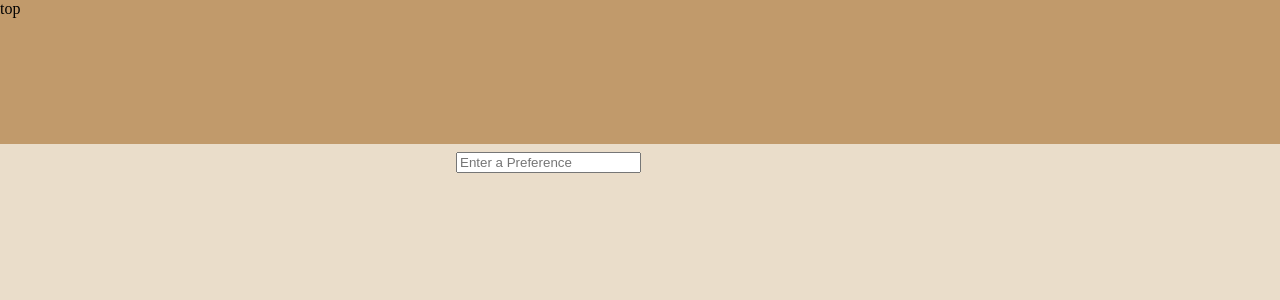
Repository: joshliu14/Travel-Mug
Page: /search
An editor plug-in stored every save of this project. The page is shown before and after the next save, followed by the edit.
The browser window is 1280 px wide. The pictures show the whole page.
The project was rebuilt for these pictures with package versions that can differ from the ones it lists, and the page was loaded fresh each time.

Above is the page before, as saved 2024-01-02 12:05:57.

### public/index.html
<!DOCTYPE html>
<html lang="en">
  <head>
    <meta charset="utf-8" />
    <link rel="icon" href="%PUBLIC_URL%/favicon.ico" />
    <link rel="stylesheet" href="./index.css" />
    <meta name="viewport" content="width=device-width, initial-scale=1" />
    <meta name="theme-color" content="#000000" />
    <meta
      name="description"
      content="Web site created using create-react-app"
    />
    <link rel="apple-touch-icon" href="%PUBLIC_URL%/logo192.png" />
    <!--
      manifest.json provides metadata used when your web app is installed on a
      user's mobile device or desktop. See https://developers.google.com/web/fundamentals/web-app-manifest/
    -->
    <link rel="manifest" href="%PUBLIC_URL%/manifest.json" />
    <!--
      Notice the use of %PUBLIC_URL% in the tags above.
      It will be replaced with the URL of the `public` folder during the build.
      Only files inside the `public` folder can be referenced from the HTML.

      Unlike "/favicon.ico" or "favicon.ico", "%PUBLIC_URL%/favicon.ico" will
      work correctly both with client-side routing and a non-root public URL.
      Learn how to configure a non-root public URL by running `npm run build`.
    -->
    <title>Travel Mug</title>
  </head>
  <body>
    <noscript>You need to enable JavaScript to run this app.</noscript>
    <div id="root"></div>
    <!--
      This HTML file is a template.
      If you open it directly in the browser, you will see an empty page.

      You can add webfonts, meta tags, or analytics to this file.
      The build step will place the bundled scripts into the <body> tag.

      To begin the development, run `npm start` or `yarn start`.
      To create a production bundle, use `npm run build` or `yarn build`.
    -->
  </body>
</html>

### src/index.js
import React from "react";
import ReactDOM from "react-dom";
import App from "./App";

import { BrowserRouter } from "react-router-dom";

ReactDOM.render(
  <BrowserRouter>
    <App />
  </BrowserRouter>,
  document.getElementById("root")
);

### src/App.js
import React from "react";
import Home from "./Home";

import { Switch, Route } from "react-router-dom";

const App = () => {
  return (
    <Switch>
      <Route exact path="/search">
        <Home />
      </Route>
    </Switch>
  );
};

export default App;

### src/Home.js
import React from "react";
import "./Home.css";

class Search extends React.Component {
  render() {
    return (
      <div>
        <div className="top">top</div>
        <div className="bottom">
          <div className="search-bar-container">
            <input className="search-bar" placeholder="Enter a Preference" />
          </div>
        </div>
      </div>
    );
  }
}

export default Search;

### src/Home.css
.top {
  background-color: #c19a6b;
  display: flex;
  min-width: 100vw;
  min-height: 20vh;
}

.bottom {
  background-color: #eaddca;
  display: flex;
  justify-content: center;
  min-width: 100vw;
  min-height: 80vh;
}

.search-bar-container {
  width: 30%;
  height: 40px;
  padding: 8px 8px;
  box-sizing: border-box;
}

### public/index.css
html,
body {
  margin: 0px;
  padding: 0px;
}

After the next save:
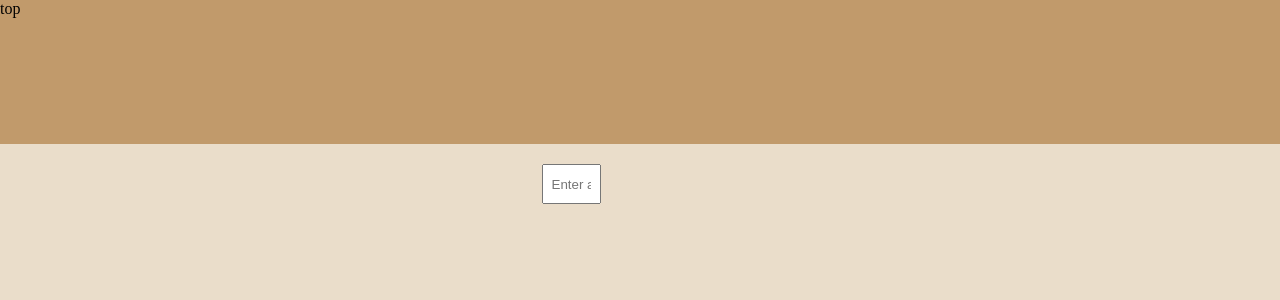
Saved 35 s later.
--- a/src/Home.css
+++ b/src/Home.css
@@ -14,6 +14,9 @@
 }
 
 .search-bar-container {
+  padding: 20px 20px;
+}
+.search-bar {
   width: 30%;
   height: 40px;
   padding: 8px 8px;
